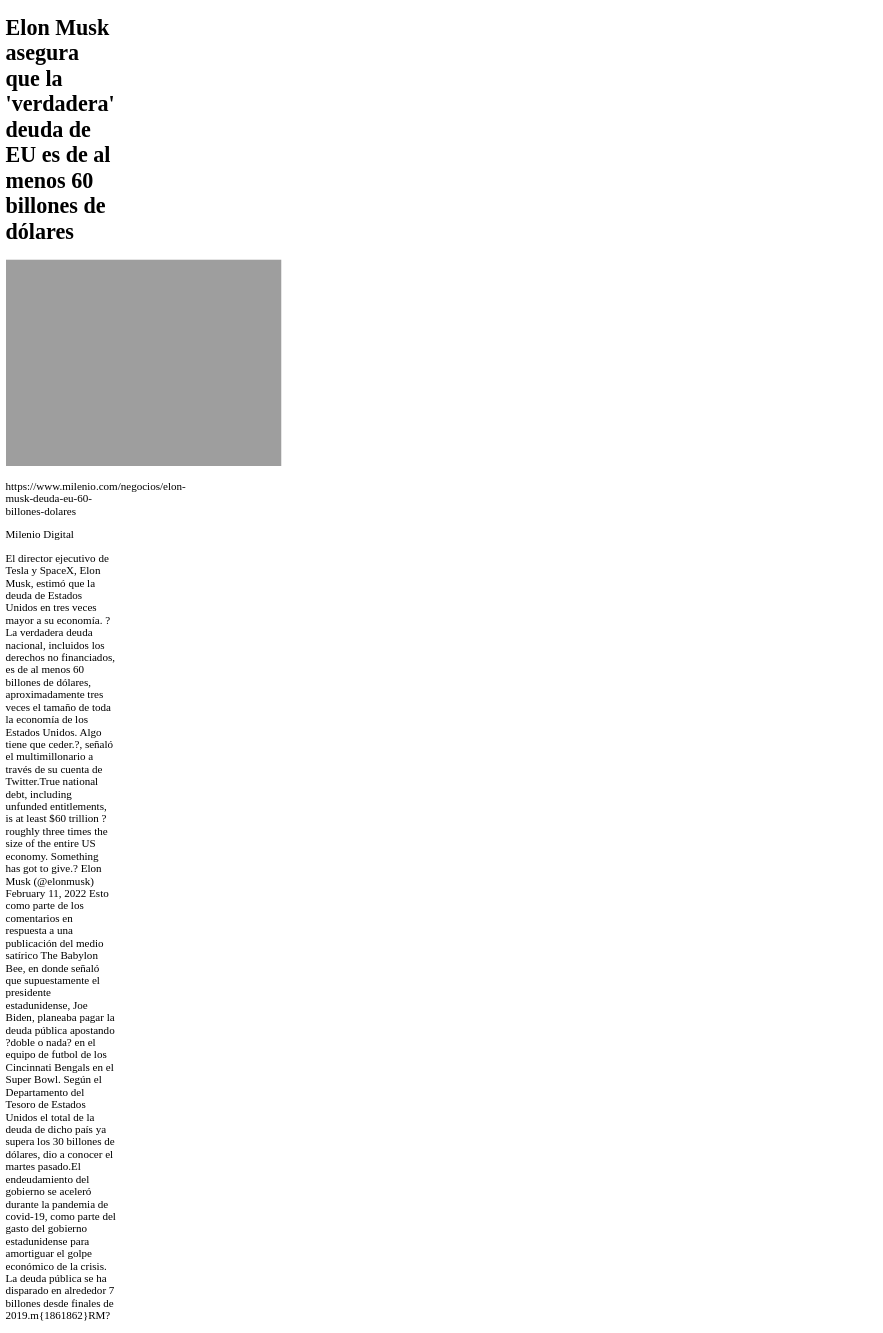
Repository: giovanabirck/lab-01-news
Page: /
An editor plug-in stored every save of this project. The page is shown before and after the next save, followed by the edit.
The browser window is 1280 px wide. The pictures show the whole page, at 69% of full size.
Pictures or frames that could not be fetched are drawn as grey boxes. The project was rebuilt for these pictures with package versions that can differ from the ones it lists, and the page was loaded fresh each time. The framework's server and built-in components were replaced by stand-ins that run in the browser. Also part of the build but not shown: next.config.js, styles/globals.css.

Above is the page before, as saved 2023-09-17 20:47:02.

### pages/index.js
import Head from 'next/head'
import Image from 'next/image'
import styles from '@/styles/Home.module.css'

const news01 = {
  "title": "Elon Musk asegura que la 'verdadera' deuda de EU es de al menos 60 billones de dólares",
  "link": "https://www.milenio.com/negocios/elon-musk-deuda-eu-60-billones-dolares",
  "keywords": null,
  "creator": [
    "Milenio Digital"
  ],
  "video_url": null,
  "description": "El director ejecutivo de Tesla y SpaceX, Elon Musk, estimó que la deuda de Estados Unidos en tres veces mayor a su economía. ?La verdadera deuda nacional, incluidos los derechos no financiados, es de al menos 60 billones de dólares, aproximadamente tres veces el tamaño de toda la economía de los Estados Unidos. Algo tiene que ceder.?, señaló el multimillonario a través de su cuenta de Twitter.True national debt, including unfunded entitlements, is at least $60 trillion ? roughly three times the size of the entire US economy. Something has got to give.? Elon Musk (@elonmusk) February 11, 2022 Esto como parte de los comentarios en respuesta a una publicación del medio satírico The Babylon Bee, en donde señaló que supuestamente el presidente estadunidense, Joe Biden, planeaba pagar la deuda pública apostando ?doble o nada? en el equipo de futbol de los Cincinnati Bengals en el Super Bowl. Según el Departamento del Tesoro de Estados Unidos el total de la deuda de dicho país ya supera los 30 billones de dólares, dio a conocer el martes pasado.El endeudamiento del gobierno se aceleró durante la pandemia de covid-19, como parte del gasto del gobierno estadunidense para amortiguar el golpe económico de la crisis. La deuda pública se ha disparado en alrededor 7 billones desde finales de 2019.m{1861862}RM?",
  "content": null,
  "pubDate": "2022-02-14 05:05:43",
  "full_description": null,
  "image_url": "http://www.milenio.com/uploads/media/2022/02/13/elon-musk-estimo-deuda-unidos.jpeg",
  "source_id": "milenio",
  "country": [
    "mexico"
  ],
  "category": [
    "top"
  ],
  "language": "spanish"
}

export default function News() {
  return (
    <>
      <Head>
        <title>Lab 01</title>
        <link rel="icon" href="/favicon.ico" />
      </Head>

      <main>
        <div className={styles.card_news}>
          <h1>{news01.title}</h1>
          <Image
            src={news01.image_url}
            width={400}
            height={300}
            alt="alt"
          />
          <p>{news01.link}</p>
          <p>{news01.creator}</p>
          <p>{news01.description}</p>

        </div>
        {/* title news01.title */}
        {/* imagem news01.image_url*/}
        {/* link news01.link*/}
        {/* author news01.creator*/}
        {/* desc news01.description*/}
      </main>
    </>
  )
}

### styles/Home.module.css
.card_news {
    width: 10em;
}

Loaded but not shown: pages/_app.js (common file); pages/_document.js (common file)

After the next save:
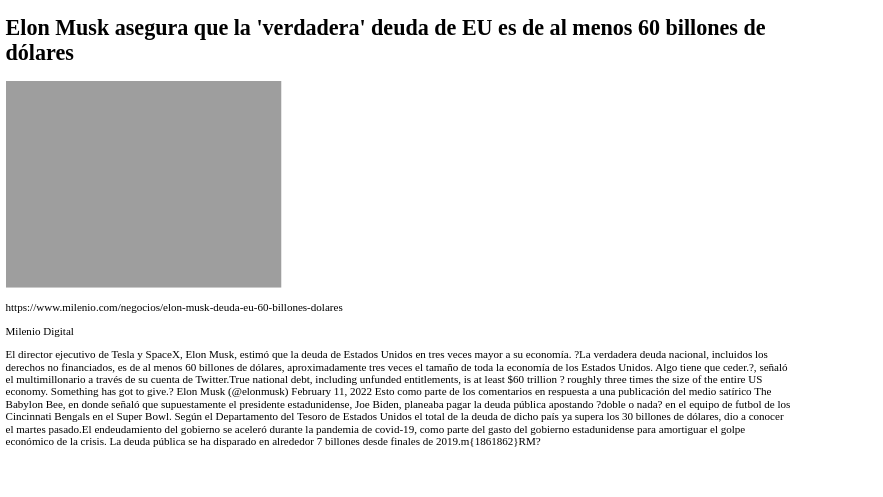
Saved 8 s later.
--- a/styles/Home.module.css
+++ b/styles/Home.module.css
@@ -1,3 +1,3 @@
 .card_news {
-    width: 10em;
+    width: 90%;
 }
